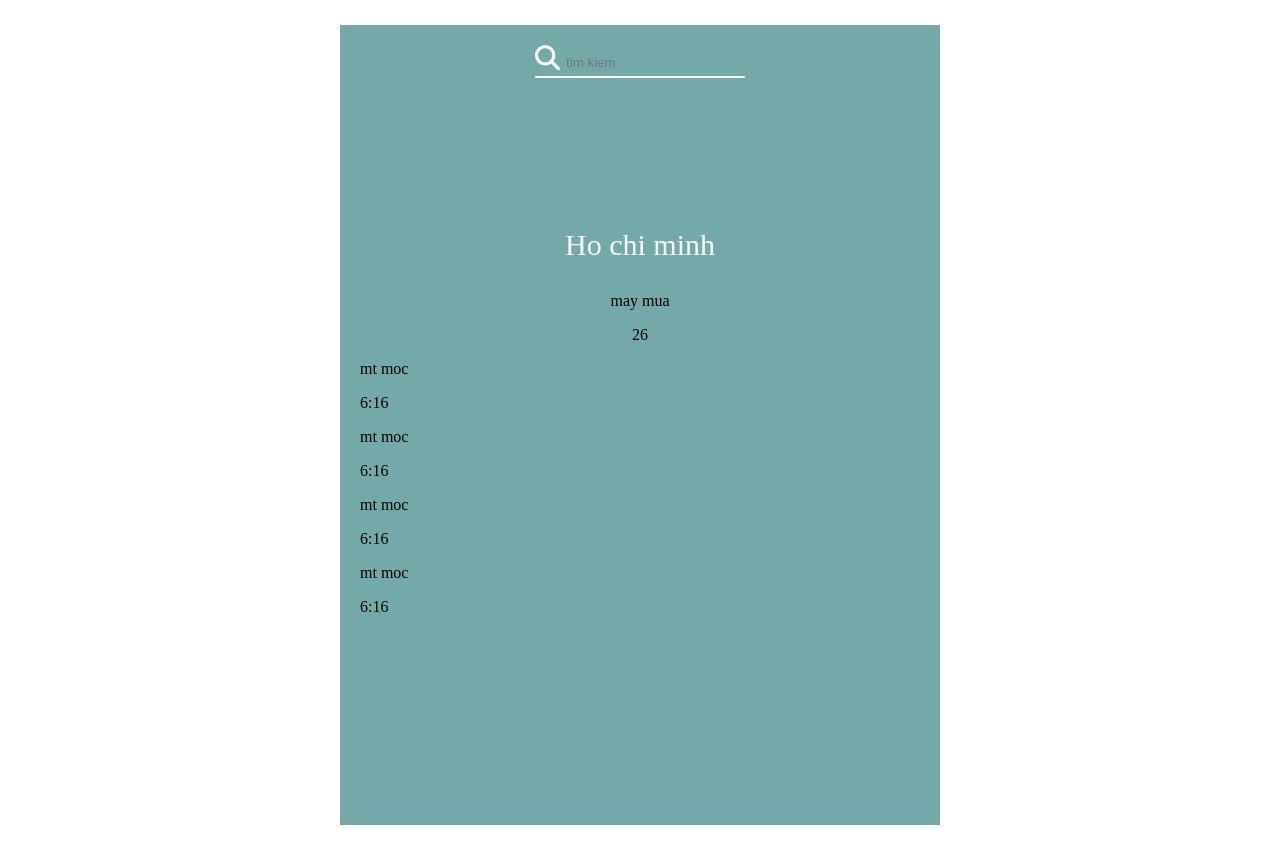
Repository: tienbkvn0605/weatherApp
Page: index.html
An editor plug-in stored every save of this project. The page is shown before and after the next save, followed by the edit.
The browser window is 1280 px wide. The pictures show the whole page.

Above is the page before, as saved 2022-10-05 16:50:09.

### index.html
<!DOCTYPE html>
<html lang="en">
  <head>
    <meta charset="UTF-8" />
    <meta http-equiv="X-UA-Compatible" content="IE=edge" />
    <meta name="viewport" content="width=device-width, initial-scale=1.0" />
    <link
      rel="stylesheet"
      href="https://cdnjs.cloudflare.com/ajax/libs/font-awesome/6.2.0/css/all.min.css"
      integrity="sha512-xh6O/CkQoPOWDdYTDqeRdPCVd1SpvCA9XXcUnZS2FmJNp1coAFzvtCN9BmamE+4aHK8yyUHUSCcJHgXloTyT2A=="
      crossorigin="anonymous"
      referrerpolicy="no-referrer"
    />
    <link rel="stylesheet" href="appstyle.css" />
    <title>Get Weather</title>
  </head>
  <body>
    <div class="container">
      <div class="main-section">
        <div class="search-bar">
          <i class="fa fa-search" aria-hidden="true"></i>
          <input type="text" placeholder="tim kiem" class="search-input" />
        </div>
        <p class="name-city">Ho chi minh</p>
        <p class="desc">may mua</p>
        <div class="status-icon"></div>
        <p class="template">26</p>
      </div>
      <div class="additional-section">
        <div class="colum">
          <div class="title">mt moc</div>
          <p class="time">6:16</p>
          <div class="title">mt moc</div>
          <p class="time">6:16</p>
        </div>
        <div class="colum">
          <div class="title">mt moc</div>
          <p class="time">6:16</p>
          <div class="title">mt moc</div>
          <p class="time">6:16</p>
        </div>
      </div>
    </div>
  </body>
  <script src="app.js"></script>
</html>

### appstyle.css
*,
*:before,
*:after {
  box-sizing: border-box;
  -webkit-box-sizing: border-box;
}
.container {
  width: 600px;
  height: 800px;
  background-color: rgb(116, 169, 169);
  margin: 25px auto;
  padding: 20px;
}
.main-section {
  text-align: center;
}
.search-bar {
  margin: 0 auto;
  border-bottom: 2px solid white;
  padding-bottom: 5px;
  align-items: center;
  width: max-content;
  margin-bottom: 150px;
}
.search-bar i {
  font-size: 25px;
  color: white;
}
.search-input {
  border: 0;
  outline: none;
  background-color: transparent;
  color: white;
}
.name-city {
  text-align: center;
  font-size: 30px;
  color: white;
}

Loaded but not shown: app.js (no stored copy; drawn as an empty file)

After the next save:
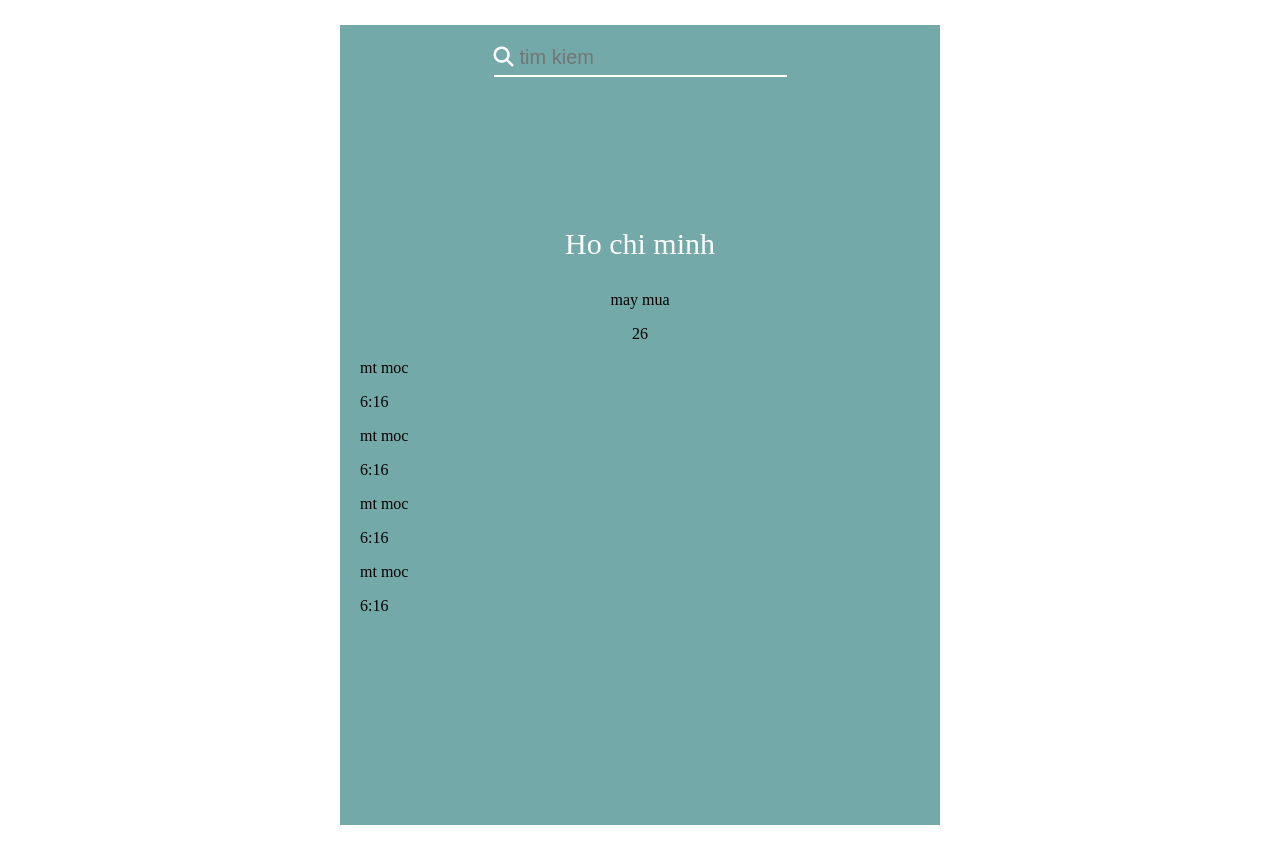
Saved 26 s later.
--- a/appstyle.css
+++ b/appstyle.css
@@ -23,7 +23,7 @@
   margin-bottom: 150px;
 }
 .search-bar i {
-  font-size: 25px;
+  font-size: 20px;
   color: white;
 }
 .search-input {
@@ -31,6 +31,7 @@
   outline: none;
   background-color: transparent;
   color: white;
+  font-size: 20px;
 }
 .name-city {
   text-align: center;
